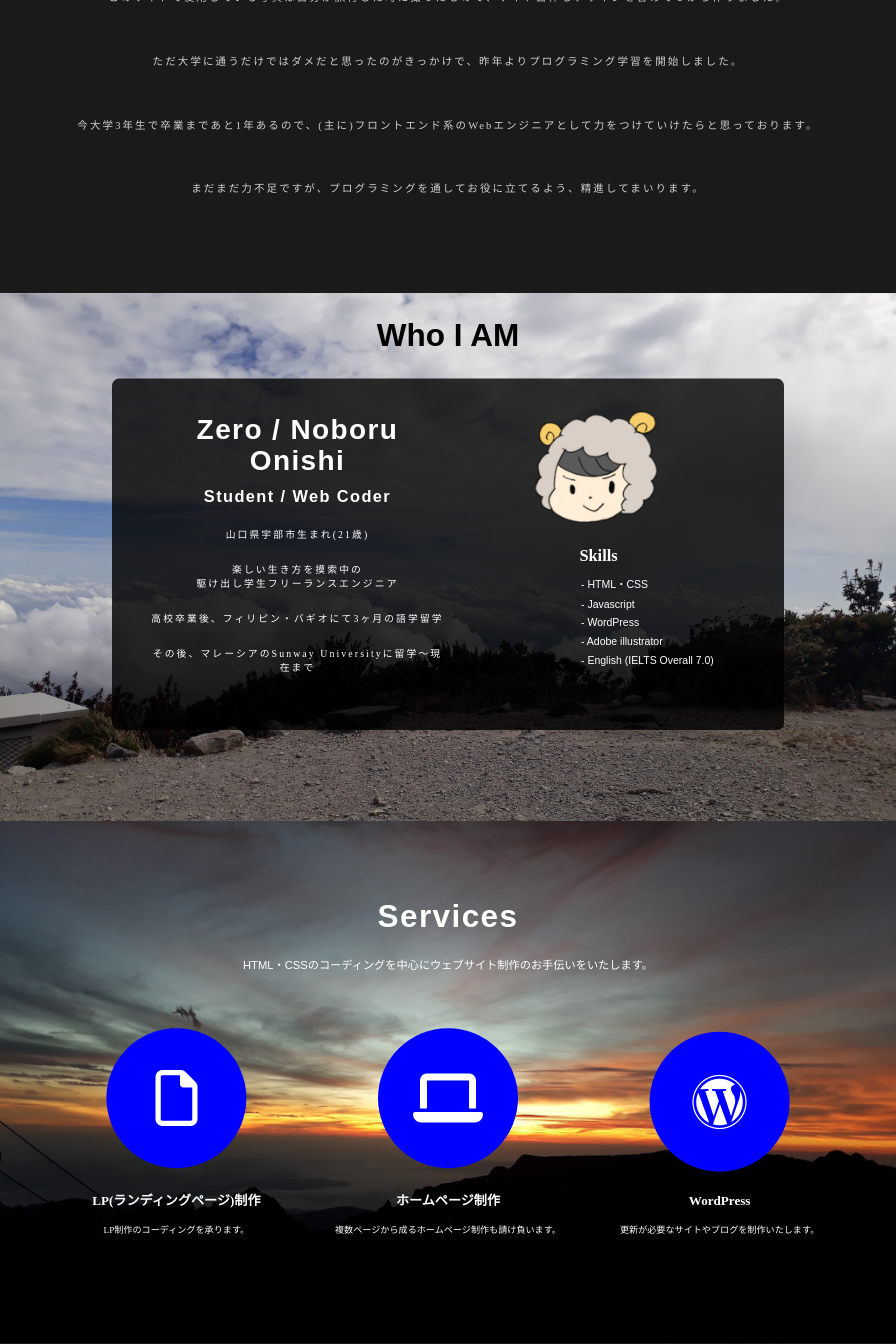
Repository: ZeroRequiem126/MyPortfolioSite
Page: top.html
The author's editor kept a record of every edit. The page is drawn from the files as they stood at one moment, then again after the next edit.
The browser window is 1280 px wide. The pictures show the part of the page from y = 1057 to 2977 px (the page is 2977 px tall), at 70% of full size.
Some web libraries are served in a nearby version.

Above is the page before.

After the next edit:
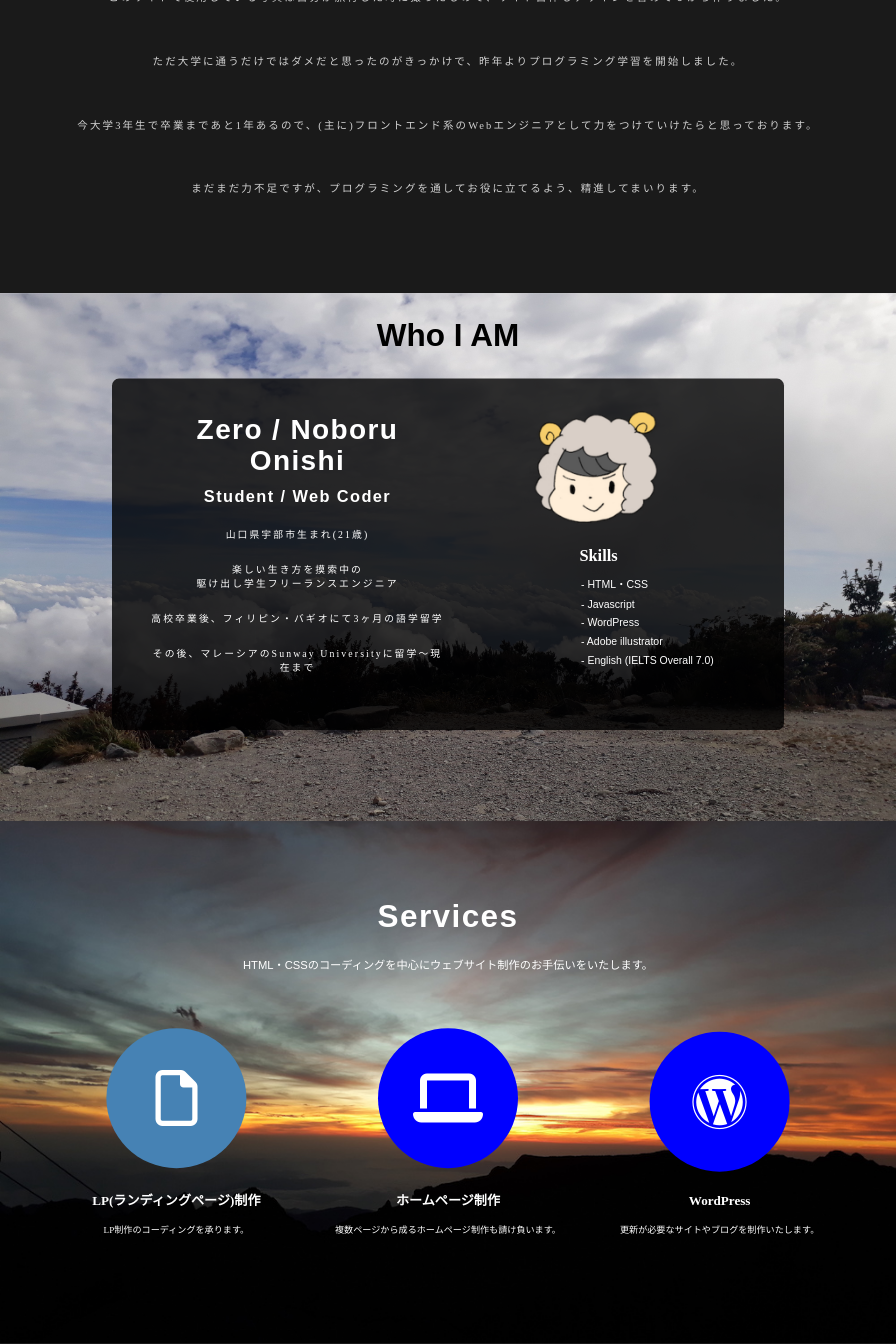
The edit:
--- a/top.html
+++ b/top.html
@@ -94,7 +94,7 @@
                             <div class="services">
 
                                 <div class="service-contents">
-                                    <span class="far fa-file"></span>
+                                    <span class="far fa-file" style="background-color: #4682b4;"></span>
                                     <h3>LP(ランディングページ)制作</h3>
                                     <p class="service-explanation">LP制作のコーディングを承ります。</p>
                                 </div>
